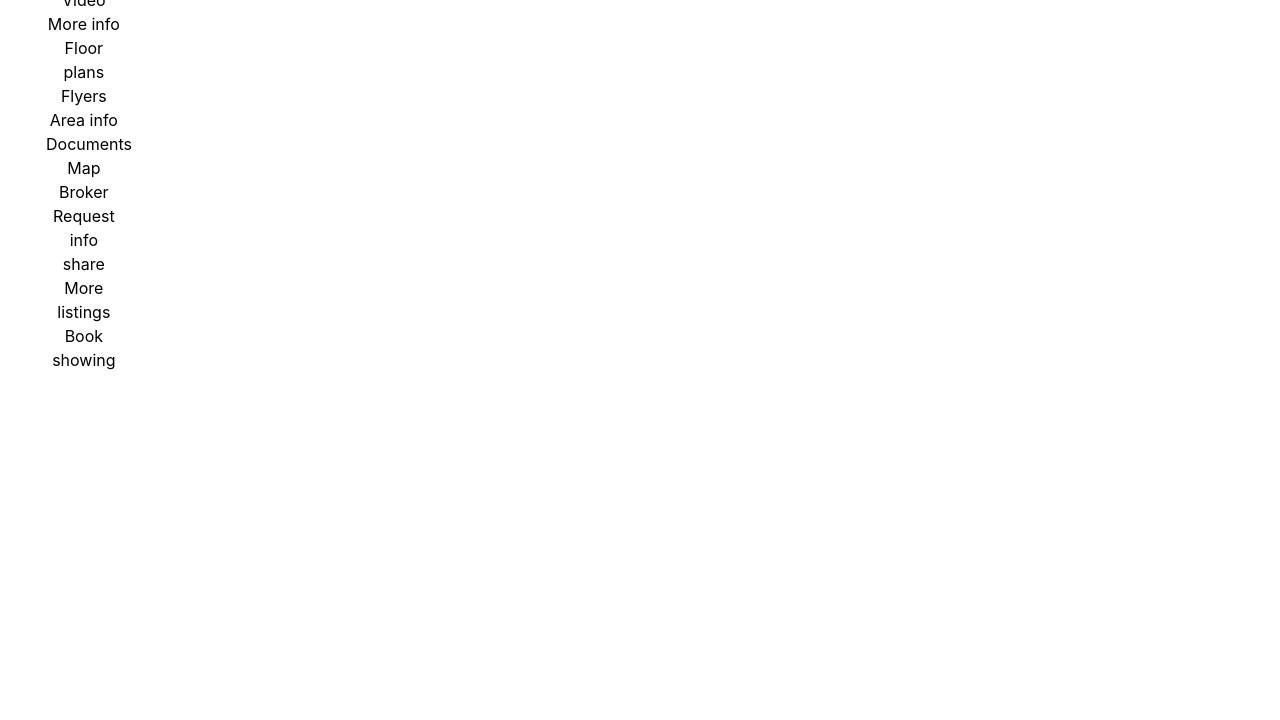
Repository: TMuse333/real-estate-landingpage
Page: /
The author's editor kept a copy of each file at every save. The page is drawn from the files as they stood at one save, then again after a run of saves.
The browser window is 1280 px wide. The pictures show the whole page.
The project was rebuilt for these pictures with package versions that can differ from the ones it lists, and the page was loaded fresh each time. Also part of the build but not shown: vite.config.js.

Above is the page before, as saved 2023-09-19 16:31:14.

After the next 2 saves:
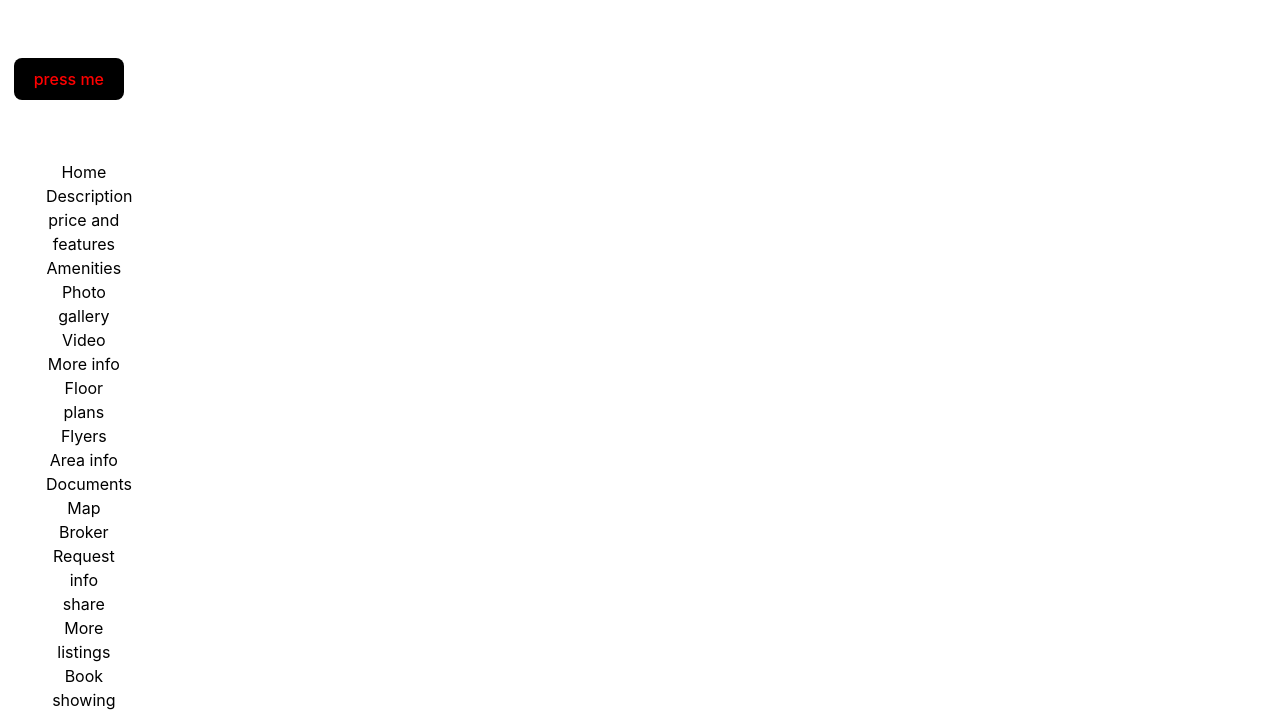
The 2 saves are shown as one change because 1 did not build or start.
The last was saved 29 s later.
--- a/src/components/navbar.jsx
+++ b/src/components/navbar.jsx
@@ -49,7 +49,7 @@ const Navbar = () => {
   };
 
   return (
-    <div className='header-container'>
+
 
       <div className='list-container'>
         <button onClick={toggleSubMenu} className='nav-button'>
@@ -97,7 +97,7 @@ const Navbar = () => {
 
         </ul>
       </div>
-    </div>
+
   );
 };
 
